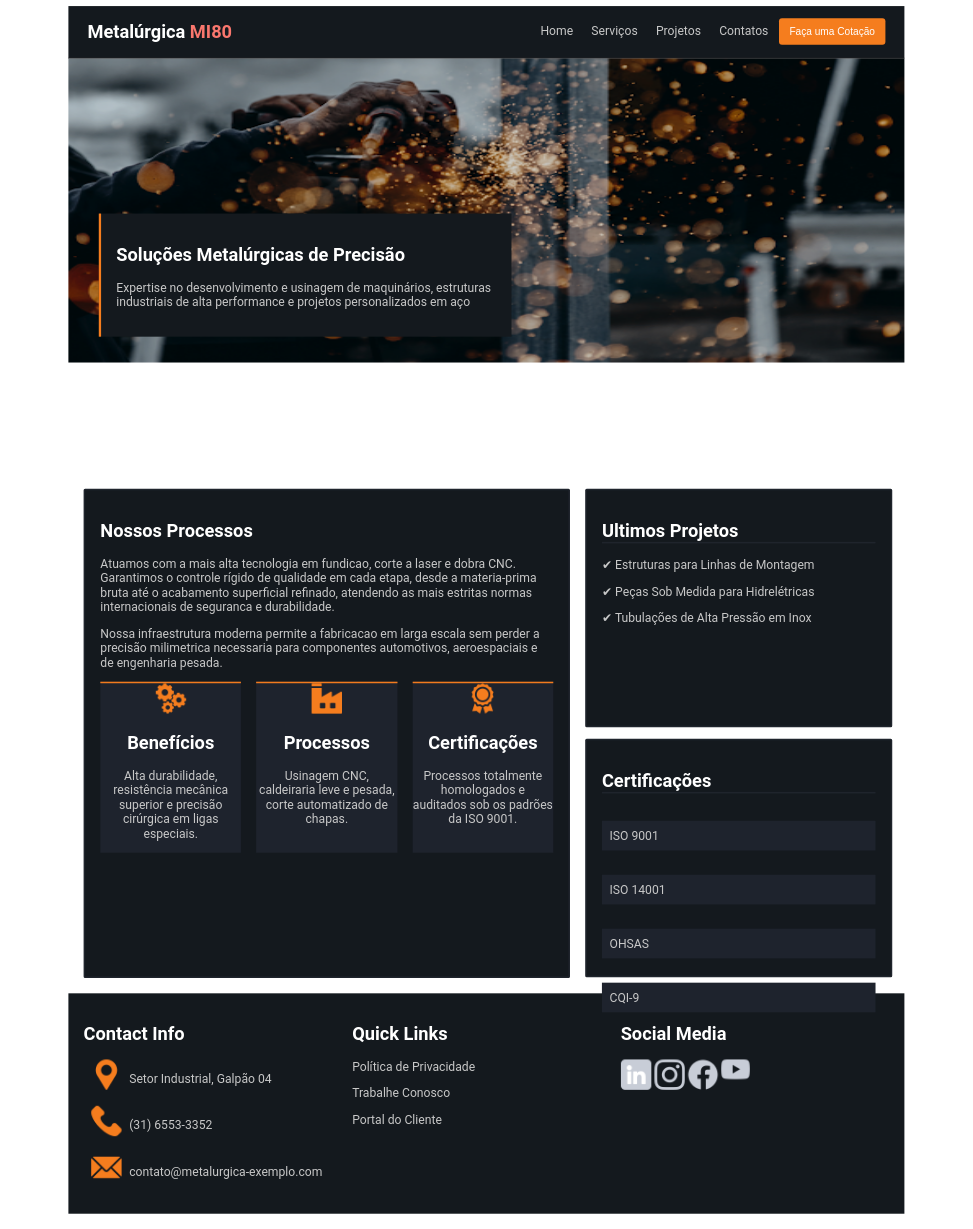
Repository: guiCherpinski/landing-page-metalurgica
Page: index.html
The author's editor kept a copy of each file at every save. The page is drawn from the files as they stood at one save, then again after the next save.
The browser window is 1280 px wide. The pictures show the whole page, at 76% of full size.

Above is the page before, as saved 2026-06-08 15:31:45.

After the next save:
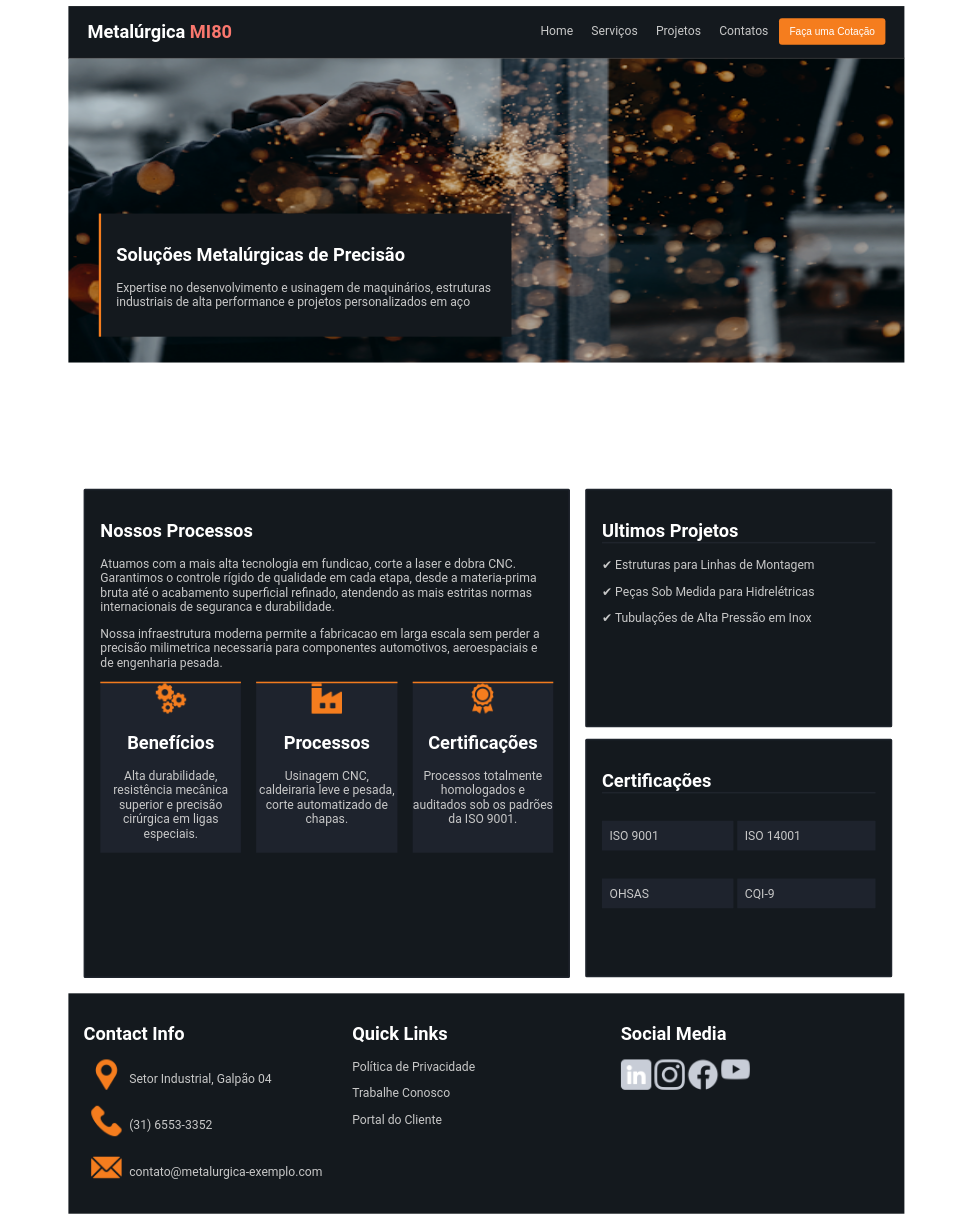
Saved 5 s later.
--- a/style.css
+++ b/style.css
@@ -195,7 +195,7 @@
 
 .paragrafos{
     display: grid;
-    grid-template-columns: auto auto
+    grid-template-columns: auto auto;
     gap: 5px;
 }
 

After the 6 saves that followed:
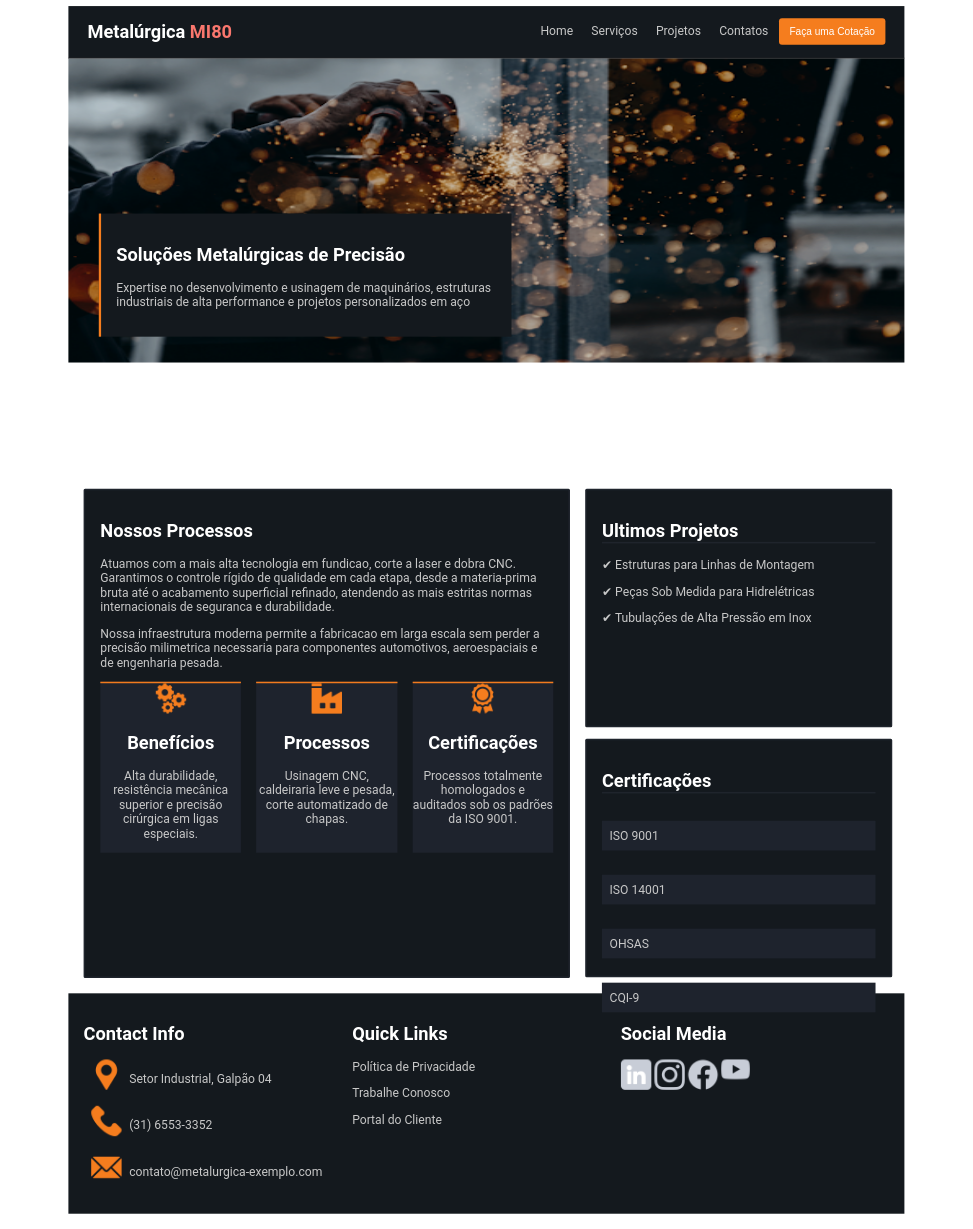
The 6 saves are shown as one change because 2 left the picture as it was and some came seconds apart.
The last was saved 20 s later.
--- a/style.css
+++ b/style.css
@@ -195,7 +195,7 @@
 
 .paragrafos{
     display: grid;
-    grid-template-columns: auto auto;
+    grid-template-columns: auto auto
     gap: 5px;
 }
 
